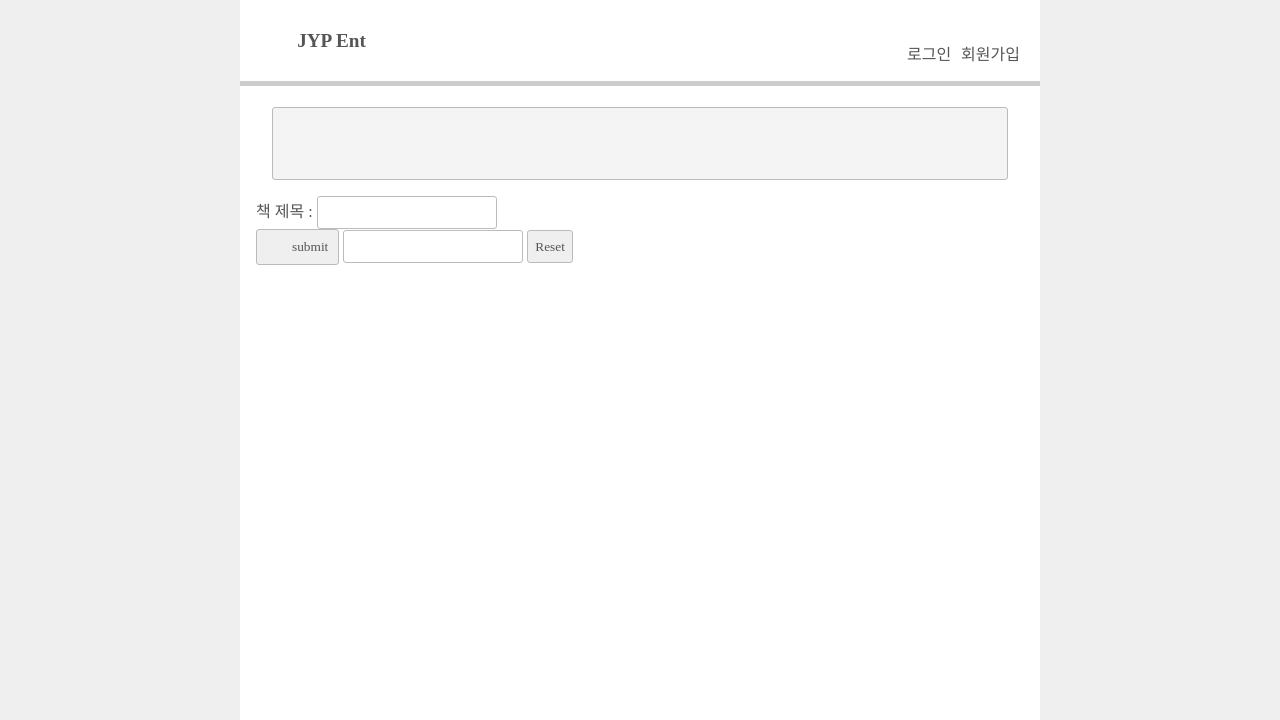
Repository: junyong231/JSP-SSIT
Page: http://localhost/jspPro/days01/ex02.jsp
These files come from the project's save history. The page is drawn as it stood at one moment and after the next save; the edit follows.
The browser window is 1280 px wide. The pictures show the whole page.
Some web fonts or font styles are not loaded; a fallback is used. The page is served by Tomcat 9. Nobody is signed in. The application's start-up code is not run. Other server files are loaded and not shown.

Above is the page before, as saved 2024-10-15 03:16:26.

### jspPro/src/main/webapp/days01/ex02.jsp
<%@ page contentType="text/html; charset=UTF-8" pageEncoding="UTF-8"%>
<!DOCTYPE html>
<html>
<head>
<meta charset="UTF-8">
<title>Insert title here</title>
<link rel="shortcut icon" type="image/x-icon" href="http://localhost/jspPro/images/SiSt.ico">
<script src="https://ajax.googleapis.com/ajax/libs/jquery/3.7.1/jquery.min.js"></script>
<meta name="viewport" content="width=device-width, initial-scale=1.0">
<meta name="google" content="notranslate">
<link rel="stylesheet" href="http://localhost/jspPro/resources/cdn-main/example.css">
<script src="http://localhost/jspPro/resources/cdn-main/example.js"></script>
<style>
 span.material-symbols-outlined{
    vertical-align: text-bottom;
 }
</style>
</head>
<body>
<header>
  <h1 class="main"><a href="#" style="position: absolute;top:30px;">JYP Ent</a></h1>
  <ul>
    <li><a href="#">로그인</a></li>
    <li><a href="#">회원가입</a></li>
  </ul>
</header>
<div>
  <xmp class="code">

  </xmp>

  <form action="">
  책 제목 : <input type="text" id="author" > <br>
  <button type="button">submit</button>
  <input tpye="submit">
  <input type="reset">
  </form>

</div>

</body>
</html>

### jspPro/src/main/webapp/resources/cdn-main/example.css
@charset "UTF-8";

@import url('https://fonts.googleapis.com/css2?family=Material+Symbols+Outlined:opsz,wght,FILL,GRAD@20..48,100..700,0..1,-50..200');

@font-face {
    font-family: 'GmarketSansMedium';
    src: url('https://cdn.jsdelivr.net/gh/projectnoonnu/noonfonts_2001@1.1/GmarketSansMedium.woff') format('woff');
    font-weight: normal;
    font-style: normal;
}

:root {
	--text-color: #555;
	--sub-text-color: #777;
	--back-color: #EFEFEF;
	--header-color: #444;
	--primary-color: #DEDEDE;
	--secondary-color: #EFEFEF;
	--default-width: 800px;
	--narrow-width: 500px;
	--wide-width: 1200px;
	--text-font: 'GmarketSansMedium';
	--icon-font: 'Material Symbols Outlined';
	--border-color: #CCC;
}

html, body {
	margin: 0;
	padding: 0;
}

html {
	background-color: var(--back-color);
	display: flex;
	justify-content: center;
	min-height: 100vh;
}

body, body.default {
	width: var(--default-width);
	background-color: white;
	padding-bottom: 120px;
}

body.wide {
	width: var(--wide-width);
}

body.narrow {
	width: var(--narrow-width);
}



body, p, div, span, a, input, select, option, textarea, button, table, th, td, label, fieldset, legend {
	font-family: var(--text-font);
	color: var(--text-color);
}

h1, h2, h3 {
	font-family: var(--text-font);
	color: var(--header-color);
	padding: 0 1rem;
	padding-top: .5rem;
}

div > h1, div > h2, div > h3 {
	padding: 0;
}

body > div, body > main > div {
	padding: 0.3rem 1rem;
}


h1 { font-size: 2rem; border-bottom: 1px solid var(--border-color); }
h1 small { font-size: 1.2rem; color: var(--sub-text-color); }
h2 { font-size: 1.5rem; border-bottom: 1px dashed var(--border-color); }
h2 small { font-size: 1.1rem; color: --sub-text-color; }
h3 { font-size: 1.2rem; }
h3 small { font-size: 1rem; color: --sub-text-color; }



h1.main::before {
	font-family: var(--icon-font);
  	content: '\e666';
  	margin-right: 10px;
  	float: left;
	font-size: 2.5rem;
}

h1.sub::before {
	font-family: var(--icon-font);
  	content: '\ea19';
  	margin-right: 10px;
  	float: left;
	font-size: 2.5rem;
}


h1.page::before {
	font-family: var(--icon-font);
  	content: '\e0e0';
  	margin-right: 10px;
  	float: left;
	font-size: 2.5rem;
}

body > header > ul > li > .active{
	background-color: #FFF;
	color:#F00;
}

body > header {
	display: flex;
	justify-content: space-between;
	border-bottom: 5px solid var(--border-color);
	min-height: 74px;
	background-color: #FFF;
}

body > header.sticky {
	position: sticky;
	top: 0;
	z-index: 98;
}

body > header > h1 {
	font-size: 1.2rem;
	border: 0;
}

body > header.in > h1::before {
	font-family: var(--icon-font);
  	content: '\e332‥';
  	margin-right: 3px;
  	float: left;
	font-size: 2rem;
}


body > header > ul {
	list-style-type: none;
	display: flex;
	align-items: flex-end;
	margin-right: 10px;
}

body > header > ul > li {
	margin-right: 10px;
	cursor: pointer;
}

body > header > ul > li > a {
	cursor: pointer;
}


form {
	display: block;
}

form > div {
	padding: 0.3rem 1rem;
}

div > form > div {
	padding: 0.3rem 0;
}

input, textarea, button, select {
	border: 1px solid #BBB;
	border-radius: 3px;
	outline: none;
	resize: none;
	padding: 7px;
	margin: 0;
}

input[type=text]:read-only, textarea:read-only {
	cursor: not-allowed;
	background-color: #FFF;
}

input[type=text]:disabled, textarea:disabled {
	cursor: not-allowed;
	background-color: #EEE;
}

input[type=text], input[type=password], textarea, button, select {
	/* width: 300px; */
}

textarea {
	display: block;
	height: 100px;
}

input[type=button], input[type=submit], button {
	/* width: inherit; */
}

input.short, textarea.short, button.short, select.short {
	width: 100px;
}

input.long, textarea.long, button.long, select.long {
	width: 350px;
}

.narrow input.long, .narrow textarea.long, .narrow button.long, .narrow select.long {
	width: calc(100% - 20px);
}

input.full, textarea.full, button.full, select.full {
	width: calc(100% - 20px);
}

textarea.short {
	height: 50px;
}

textarea.long {
	height: 100px;
}

textarea.full {
	height: 200px;
}

input, textarea {
	padding-top: 8px;
}

input[type=button], input[type=submit], button {
	padding: 5px 10px;
	background-color: var(--secondary-color);
	cursor: pointer;
	min-height: 36px;
}

input[type=button].primary, input[type=submit].primary, button.primary {
	/* background-color: rgba(100, 149, 237, .2); */
	background-color: var(--primary-color);
}

input[type=button].primary:hover, input[type=submit].primary:hover, button.primary:hover {
	/* background-color: rgba(100, 149, 237, .3); */
	background-color: var(--secondary-color);
}

input[type=button]:hover, input[type=submit]:hover, button:hover {
	background-color: var(--primary-color);
}

button {
	position: relative;
	left: 0;
	top: 0;
	padding-left: 35px;
}

button .material-symbols-outlined {
	position: absolute;
	left: 10px;
	top: 4px;
}

/* k2nik add */
button.login::before {
	font-family: var(--icon-font);
  	content: '\ea77';
	position: absolute;
	left: 11px;
	top: 4px;
	font-size: 1.25rem;
}

/* k2nik logout */
button.logout::before {
	font-family: var(--icon-font);
  	content: '\e9ba';
	position: absolute;
	left: 11px;
	top: 4px;
	font-size: 1.25rem;
}

/* k2nik help */
button.help::before {
	font-family: var(--icon-font);
  	content: '\f1c0';
	position: absolute;
	left: 11px;
	top: 4px;
	font-size: 1.25rem;
}

button.add::before{
	font-family: var(--icon-font);
  	content: '\e746';
	position: absolute;
	left: 11px;
	top: 4px;
	font-size: 1.25rem;
}

button.back::before {
	font-family: var(--icon-font);
  	content: '\e166';
	position: absolute;
	left: 11px;
	top: 4px;
	font-size: 1.25rem;
}

button.list::before {
	font-family: var(--icon-font);
  	content: '\e0ee';
	position: absolute;
	left: 11px;
	top: 4px;
	font-size: 1.25rem;
}


button.del::before {
	font-family: var(--icon-font);
  	content: '\e872';
	position: absolute;
	left: 11px;
	top: 4px;
	font-size: 1.25rem;
}


button.edit::before {
	font-family: var(--icon-font);
  	content: '\e745';
	position: absolute;
	left: 11px;
	top: 4px;
	font-size: 1.25rem;
}


button.login::before {
	font-family: var(--icon-font);
  	content: '\ea77';
	position: absolute;
	left: 11px;
	top: 4px;
	font-size: 1.25rem;
}


button.logout::before {
	font-family: var(--icon-font);
  	content: '\e9ba';
	position: absolute;
	left: 11px;
	top: 4px;
	font-size: 1.25rem;
}


button.in::before {
	font-family: var(--icon-font);
  	content: '\f71a';
	position: absolute;
	left: 11px;
	top: 4px;
	font-size: 1.25rem;
}


button.out::before {
	font-family: var(--icon-font);
  	content: '\f70e';
	position: absolute;
	left: 11px;
	top: 4px;
	font-size: 1.25rem;
}


button.reply::before {
	font-family: var(--icon-font);
  	content: '\e15e';
	position: absolute;
	left: 11px;
	top: 4px;
	font-size: 1.25rem;
}


button.comment::before {
	font-family: var(--icon-font);
  	content: '\e0b9';
	position: absolute;
	left: 11px;
	top: 4px;
	font-size: 1.25rem;
}


button.modal::before {
	font-family: var(--icon-font);
  	content: '\e89e';
	position: absolute;
	left: 11px;
	top: 4px;
	font-size: 1.25rem;
}


button.ok::before {
	font-family: var(--icon-font);
  	content: '\e86c';
	position: absolute;
	left: 11px;
	top: 4px;
	font-size: 1.25rem;
}


button.cancel::before {
	font-family: var(--icon-font);
  	content: '\e5c9';
	position: absolute;
	left: 11px;
	top: 4px;
	font-size: 1.25rem;
}

button.search::before {
	font-family: var(--icon-font);
  	content: '\e8b6';
	position: absolute;
	left: 11px;
	top: 4px;
	font-size: 1.25rem;
}

button.home::before {
	font-family: var(--icon-font);
  	content: '\e88a';
	position: absolute;
	left: 11px;
	top: 4px;
	font-size: 1.25rem;
}


button.sidebar::before {
	font-family: var(--icon-font);
  	content: '\f7e4';
	position: absolute;
	left: 11px;
	top: 4px;
	font-size: 1.25rem;
}


button.sidebar-right::before {
	font-family: var(--icon-font);
  	content: '\f7e5';
	position: absolute;
	left: 11px;
	top: 4px;
	font-size: 1.25rem;
}




button::before {
	font-family: var(--icon-font);
  	content: '\e323';
	position: absolute;
	left: 11px;
	top: 4px;
	font-size: 1.25rem;
}


table {
	border-collapse: collapse;
	margin: 1rem;
	box-sizing: border-box;
	width: calc(100% - 32px);
}

table.content {
	width: auto;
}

div > table {
	margin: 0;
}

table th, table td {
	border: 1px solid var(--border-color);
	padding: 7px;
	font-weight: normal;
}

table th {
	background-color: var(--back-color);
}

table.vertical th {
	width: 150px;
}

table.vertical td {
	width: calc(100% - 182px);
	padding-left: 10px;
}

table.content td, table.content th {
	width: auto;
}

body.narrow table.vertical th {
	width: 100px;
}

body.narrow table.vertical td {
	width: calc(100% - 182px);
}


table + table {
	margin-top: 30px;
}


p {
	padding: 0 1rem;
}

a {
	text-decoration: none;
}

a:hover {
	color: rgba(255, 99, 71, .7);
}

hr {
	border: 0;
	border-top: 1px solid var(--border-color);
	margin: 2rem 0;
}

.message {
	border: 1px solid var(--border-color);
	background-color: #EFEFEF;
	margin: 1rem;
	width: auto;
	padding-top: 10px;
	padding-bottom: 10px;
	font-size: 14px;
}

.message[title]::before {
	content: attr(title);
	display: block;
	border-bottom: 1px solid var(--border-color);
	padding-bottom: 5px;
	margin-bottom: 10px;
	margin-top: 7px;
}

.message.short {
	max-width: 250px;
}

.message.long {
	max-width: 500px;
}

.badge {
	float: right;
	font-size: .8rem;
	margin-top: 2px;
	margin-right: 2px;
	text-shadow: 0 0 7px gray;
}

.badge.left {
	float: none;
	margin-left: 2px;
}

.badge.right {
	float: right;
}

.badge.red {
	border-radius: 50%;
	padding: 2px 5px;
	background-color: rgb(255, 99, 71, .3);
}

.badge.yellow {

	border-radius: 50%;
	padding: 2px 5px;
	background-color: rgb(255, 215, 0, .5);
}

.badge.blue {
	border-radius: 50%;
	padding: 2px 5px;
	background-color: rgb(100, 149, 237, .3);
}

label + label {
	margin-left: 7px;
}

label input[type=checkbox], label input[type=radio] {
	transform: translate(0, 1px);
}

.group {
	display: flex;
}

.modal-content .group {
	margin-bottom: .5rem;
}

.group label {
	border: 1px solid #BBB;
	border-radius: 3px;
	outline: none;
	resize: none;
	padding: 7px 14px;
	margin: 0;
	border-top-right-radius: 0;
	border-bottom-right-radius: 0;
	background-color: #EFEFEF;
	white-space: nowrap;
	font-size: 14px;
}

.group input[type=text] {
	margin-left: -1px;
	border-top-left-radius: 0;
	border-bottom-left-radius: 0;
}

.group select {
	margin-left: -1px;
	border-top-left-radius: 0;
	border-bottom-left-radius: 0;
}

.group input.full[type=text] {
	margin-left: -1px;
	border-top-left-radius: 0;
	border-bottom-left-radius: 0;
	width: 100%;
}

.group input[type=button]:first-child, .group button:first-child {
	border-top-left-radius: 3px;
	border-bottom-left-radius: 3px;
	margin-left: 0px;
}

.group input[type=button], .group button {
	border-radius: 0;
	margin-left: -1px;
}

.group input[type=button]:last-child, .group button:last-child {
	margin-left: -1px;
	border-top-right-radius: 3px;
	border-bottom-right-radius: 3px;
}

.seperate {
	display: flex;
	justify-content: space-between;
}

div.list {
	width: max-content;
	margin: 1rem;
	border: 1px solid #BBB;
	border-radius: 3px;
	padding: 0;
}

div.list.full {
	width: auto;
	display: block;
	margin: 1rem;
	border: 1px solid #BBB;
	border-radius: 3px;
	padding: 0;
}

div.list > div {
	padding: .5rem 1rem;
	margin: 0;
	border-bottom: 1px solid #BBB;
}

div.list > div:last-child {
	border-bottom: 0;
}

pre.code , xmp.code{
	font-family: consols;
	background-color: rgba(150, 150, 150, .1);
	border: 1px solid #BBB;
	border-radius: 3px;
	padding: .5rem 1rem;
	padding-bottom: .6rem;
	margin: 1rem;
}




*[data-modal-window] {
	position: fixed;
	background-color: rgba(0, 0, 0, .3);
	left: 0;
	top: 0;
	display: none;
	justify-content: center;
	align-items: flex-start;
	width: 100%;
	min-height: 100vh;
	z-index: 100;
	opacity: 0;
	transition: 500ms all;
}

*[data-modal-window] .modal-container {
	border-radius: 5px;
	padding: 1rem;
	padding-bottom: .5rem;
	margin-top: -500px;
	opacity: 0;
	width: 500px;
	background-color: #FFF;
	margin-right: 2rem;
	transition: 500ms all;
}

*[data-modal-size=content] .modal-container {
	width: auto;
}

*[data-modal-size=narrow] .modal-container {
	width: 300px;
}

*[data-modal-size=wide] .modal-container {
	width: 760px;
}


*[data-modal-window] .modal-header {
	border-bottom: 1px solid var(--border-color);
	padding: 2px 5px;
}

*[data-modal-window] .modal-content {
	padding: 1rem 5px;
}

*[data-modal-window] .modal-content div:last-child {
	margin-top: 1rem;
	text-align: right;
}



*[data-sidebar-window] {
	position: fixed;
	background-color: #FFF;
	left: 0;
	top: 0;
	display: block;
	width: 300px;
	border-right: 1px solid var(--border-color);
	box-sizing: border-box;
	box-shadow: 0 0 3px var(--back-color);
	min-height: 100vh;
	z-index: 99;
	transform: translate(-300px, 0);
	transition-duration: 500ms;
	transition-property: transform;
}

*[data-sidebar-direction=right] {
	left: auto;
	right: 0;
	transform: translate(300px, 0);
	border-left: 1px solid var(--border-color);
}

*[data-sidebar-size=wide] {
	width: 500px;
	transform: translate(-500px, 0);
}

*[data-sidebar-window] .sidebar-title {
	border-bottom: 1px solid var(--border-color);
	margin-top: 20px;
	margin-bottom: 20px;
	padding-bottom: 5px;
	display: flex;
	justify-content: space-between;
}

*[data-sidebar-window] .sidebar-title span:last-child {
	cursor: pointer;
}


/* K2Nik pagination */
.center {
  text-align: center;
}

.pagination {
  display: inline-block;
}

.pagination a {
  color: black;
  float: left;
  padding: 3px 6px;
  text-decoration: none;
  transition: background-color .3s;
  border: 1px solid #ddd;
  margin: 0 3px;
}

.pagination a.active {
  background-color: #4CAF50;
  color: white;
  border: 1px solid #4CAF50;
}

.pagination a:hover:not(.active) {background-color: #ddd;}

### jspPro/src/main/webapp/resources/cdn-main/example.js

window.onload = () => {

    const list = document.querySelectorAll('input, textarea');

    list.forEach(item => {
        item.setAttribute('autocomplete', 'off');
    });


    const modal_btn_list = document.querySelectorAll('*[data-modal-button]');

    modal_btn_list.forEach(item => {
        item.onclick = function() {

            const name = this.dataset['modalButton'];
            const modal_window = document.querySelector('*[data-modal-window=' + name);

            const container = document.createElement('div');
            container.className = 'modal-container';



            const modal_header = document.createElement('div');
            modal_header.textContent = modal_window.dataset['modalTitle'];
            modal_header.className = 'modal-header';
            container.appendChild(modal_header);

            const modal_content = document.createElement('div');
            modal_content.className = 'modal-content';
            container.appendChild(modal_content);

            Array.from(modal_window.childNodes).forEach(item => {
                modal_content.appendChild(item);
            });

            modal_window.appendChild(container);

            modal_window.style.display = 'flex';

            setTimeout(() => {
                modal_window.style.opacity = 1;
                container.style.marginTop = '20px';
                container.style.opacity = 1;
            }, 50);


            const modal_ok = document.querySelector('*[data-modal-ok=' + name);
            modal_ok.addEventListener('click', function() {
                modal_window.style.opacity = 0;
                container.style.marginTop = '-500px';
                container.style.opacity = 0;

                setTimeout(() => {
                    modal_window.innerHTML = modal_content.innerHTML;
                    modal_window.style.display = 'none';
                }, 500);

            });

            const modal_cancel = document.querySelector('*[data-modal-cancel=' + name);
            modal_cancel.addEventListener('click', function() {

                modal_window.style.opacity = 0;
                container.style.marginTop = '-500px';
                container.style.opacity = 0;

                setTimeout(() => {
                    modal_window.innerHTML = modal_content.innerHTML;
                    modal_window.style.display = 'none';
                }, 500);
            });


        };
    });


    const sidebar_btn_list = document.querySelectorAll('*[data-sidebar-button]');

    sidebar_btn_list.forEach(item => {
        item.onclick = function() {



            const name = this.dataset['sidebarButton'];
            const sidebar_window = document.querySelector('*[data-sidebar-window=' + name);

            if (sidebar_window.style.transform == 'translate(0px, 0px)') return;



            sidebar_window.style.transform = 'translate(0, 0)';

            const sidebar_title = document.createElement('div');
            sidebar_title.className = 'sidebar-title';
            sidebar_title.innerHTML = '<span>' + sidebar_window.dataset['sidebarTitle'] + '</span><span class="material-symbols-outlined">close</span>';

            sidebar_title.children[1].onclick = function() {

                let sign = 1;
                let distance = 300;

                if (sidebar_window.dataset['sidebarDirection'] != 'right') {
                    sign = -1;
                } else {
                    sign = 1;
                }

                if (sidebar_window.dataset['sidebarSize'] != 'wide') {
                    distance = 300;
                } else {
                    distance = 500;
                }

                distance *= sign;

                sidebar_window.style.transform = 'translate(' + distance + 'px, 0)';

                setTimeout(function() {
                    sidebar_window.removeChild(sidebar_window.children[0]);
                }, 500);
            };


            sidebar_window.prepend(sidebar_title);

        }
    });

};

// window.onkeydown = function(event) {

//     if (event.keyCode == 27) {
//         if (document.querySelector('[data-modal-window').style.display == 'flex') {
//             document.querySelector('[data-modal-window').style.display = 'none';
//         }
//     }

// };

After the next save:
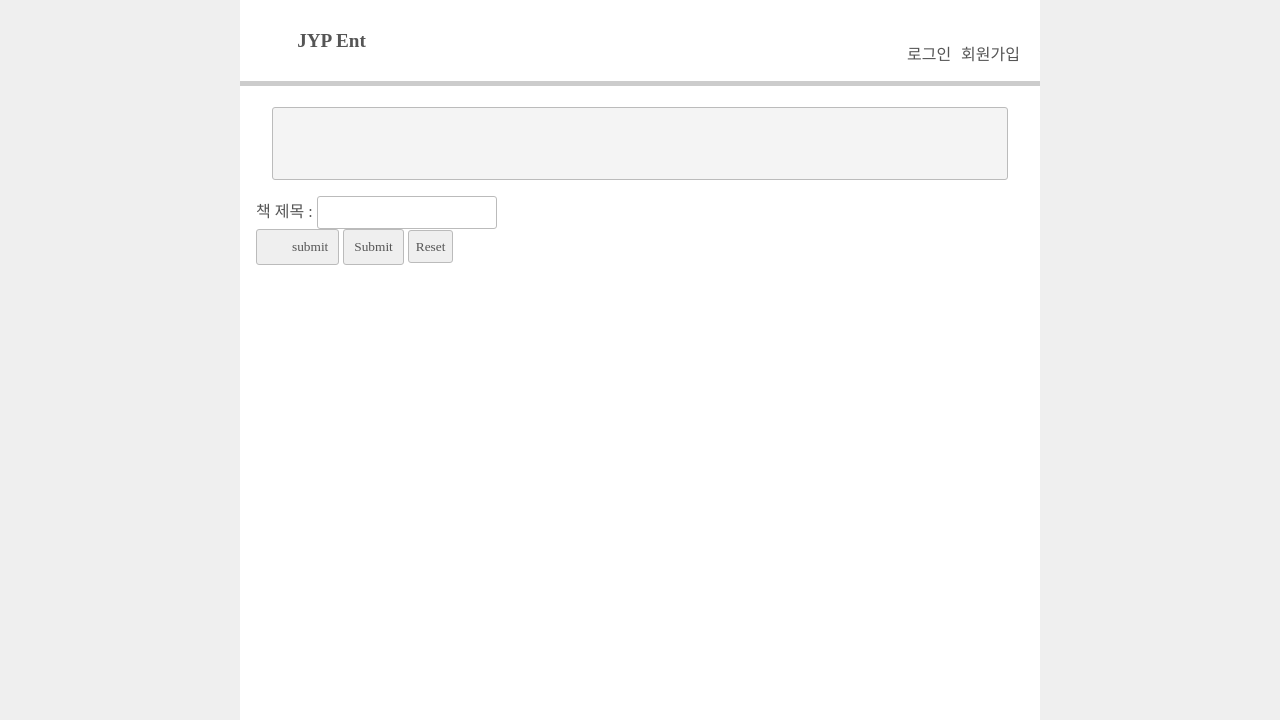
Saved 5 s later.
--- a/jspPro/src/main/webapp/days01/ex02.jsp
+++ b/jspPro/src/main/webapp/days01/ex02.jsp
@@ -32,7 +32,7 @@
   <form action="">
   책 제목 : <input type="text" id="author" > <br>
   <button type="button">submit</button>
-  <input tpye="submit">
+  <input type="submit">
   <input type="reset">
   </form>
 
